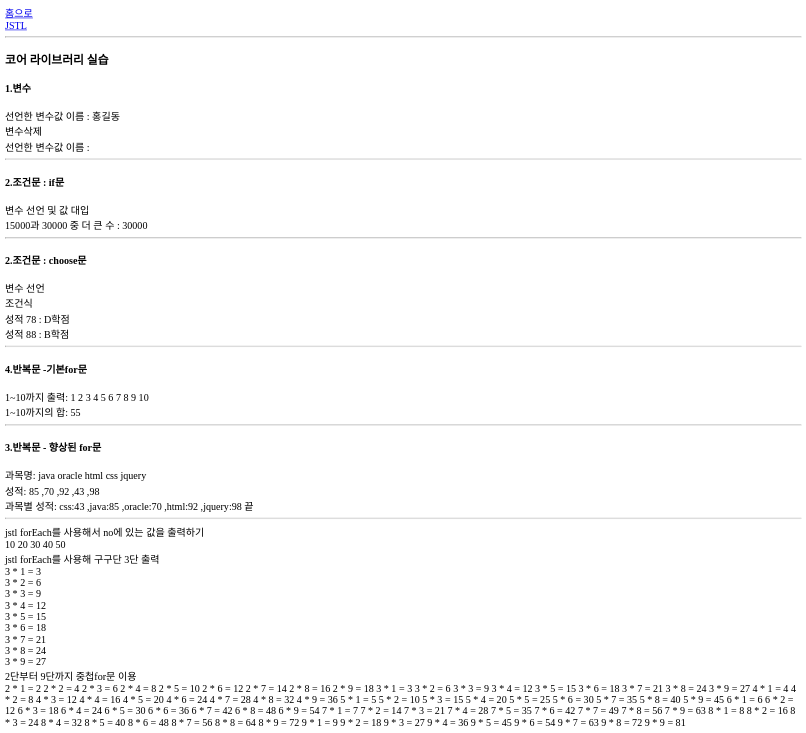
Repository: hyewoon/web
Page: http://localhost/servlet04/jstl/core.jsp
These files come from the project's save history. The page is drawn as it stood at one moment and after the next save; the edit follows.
The browser window is 1280 px wide. The pictures show the whole page, at 63% of full size.
The page is served by Tomcat 9. Other server files are loaded and not shown.

Above is the page before, as saved 2022-11-18 06:09:28.

### servlet04/src/main/webapp/jstl/core.jsp
<%@page import="org.apache.taglibs.standard.lang.jstl.DivideOperator"%>
<%@ page language="java" contentType="text/html; charset=UTF-8"
    pageEncoding="UTF-8" import="java.util.*"%>
<%@ taglib uri ="http://java.sun.com/jsp/jstl/core" prefix="c" %>

<!DOCTYPE html>
<html>
<head>
<meta charset="UTF-8">
<title>Insert title here</title>
</head>
<body>
<div> <a href ='../'>홈으로</a> </div>
<div> <a href ='index.jsp'>JSTL</a> </div>
<hr>
<h3>코어 라이브러리 실습</h3>
<h4>1.변수</h4>
<c:set var='name' value ="홍길동"/>
<div>선언한 변수값 이름 : ${name}</div>
<!--pageContext.setAttribute 한 상태 :변수선언 스코프: 해당페이지-->
<div>변수삭제</div>
<c:remove var='name'/>
<div>선언한 변수값 이름 : ${name}</div>
<!--removeAttribute 한 상태  -->
<hr>

<h4>2.조건문 : if문</h4>
<div>변수 선언 및 값 대입</div>
<c:set var='no1' value = '15000'/>
<c:set var='no2' value = '30000'/>
<div>
${no1}과 ${no2} 중 더 큰 수 :
<c:if test = '${(no1-0) gt no2}'>${no1}
</c:if>
<c:if test= '${no1-no2 lt 0}'>${no2}
</c:if>
</div>
<hr>
<h4>2.조건문 : choose문</h4>
<div>변수 선언</div>
<c:set var ='score' value='78'/>
<div>조건식</div>
<c:choose>
<c:when test='${score >= 90 }'><c:set var ='grade' value ='A'/></c:when>
<c:when test='${score >= 90 }'><c:set var ='grade' value ='B'/></c:when>
<c:when test='${score >= 90 }'><c:set var ='grade' value ='C'/></c:when>
<c:when test='${score >= 90 }'><c:set var ='grade' value ='D'/></c:when>
<c:otherwise><c:set var ='grade' value ='D'/></c:otherwise>
</c:choose>
<div>성적 ${score} : ${grade}학점</div>

 <%
int score = 88;
String grade = "";


if( score>= 90)  grade ="A";
if( score>= 80)  grade ="B";
if( score>= 70)  grade ="C";
if( score>= 60)  grade ="D";
if( score<60)	 grade = "F";



if(score>= 90) grade= "A";
else if(score >= 80) grade ="B";
else if(score >= 70) grade ="C";
else if(score >= 60) grade ="D";
else if(score < 60) grade ="F";

out.print( "성적 "+score+ " : " + grade +"학점" );
%>

<hr>
<h4>4.반복문 -기본for문</h4>
<div>1~10까지 출력:
	<c:forEach var='no' begin='1' end='10' step='1'>
	${no}
	<c:set var='sum' value='${no+sum}'/>
	</c:forEach>
</div>
<div>1~10까지의 합: ${sum}</div>
<hr>
<h4>3.반복문 - 향상된 for문</h4>
<%
String subjects[]= {"java", "oracle", "html", "css", "jquery"};
request.setAttribute("subjects",subjects);
%>

<div>과목명:
	<c:forEach items= "${subjects}" var='subject'>
	${subject}
	</c:forEach>
</div>

<%
ArrayList<Integer> list= new ArrayList<Integer>();
list.add(85);
list.add(70);
list.add(92);
list.add(43);
list.add(98);
request.setAttribute("score_list", list);
%>
<div>성적:
	<c:forEach items= '${score_list}' var='score' varStatus='state'>
	${state.index eq 0 ? '': ',' }${score}
</c:forEach>
</div>

<%
HashMap<String, Integer> map = new HashMap<String, Integer>();
map.put("java",85);
map.put("oracle",70);
map.put("html",92);
map.put("css",43);
map.put("jquery",98);
request.setAttribute("score_map", map);
%>
<div>과목별 성적:
	<c:forEach items ='${score_map}' var='score' varStatus='state'>
	${state.first ?'' : ',' }${score.key}:${score.value}
	${state.last ? '끝': '' }
	</c:forEach>

</div>

<%
int no[] = {10,20,30, 40, 50};
request.setAttribute("no", no);
%>

<hr>
<div>jstl forEach를 사용해서 no에 있는 값을 출력하기</div>
<c:forEach items ="${no}" var ="no" varStatus = 'state'>
${no}
</c:forEach>

<div>jstl  forEach를 사용해 구구단 3단 출력</div>

<c:forEach  var = "num1" begin= '1' end = '9' step= '1'>

3 * ${num1} = ${3 * num1} <br>
</c:forEach>

<div>2단부터 9단까지 중첩for문 이용</div>

<!--  -->
<c:forEach  var = "num2" begin= '2' end = '9' step= '1'>
	<c:forEach var = "num3" begin ='1' end ='9' step ='1'>
	${num2} * ${num3} = ${num2 * num3}
	</c:forEach>
</c:forEach>


</body>
</html>

After the next save:
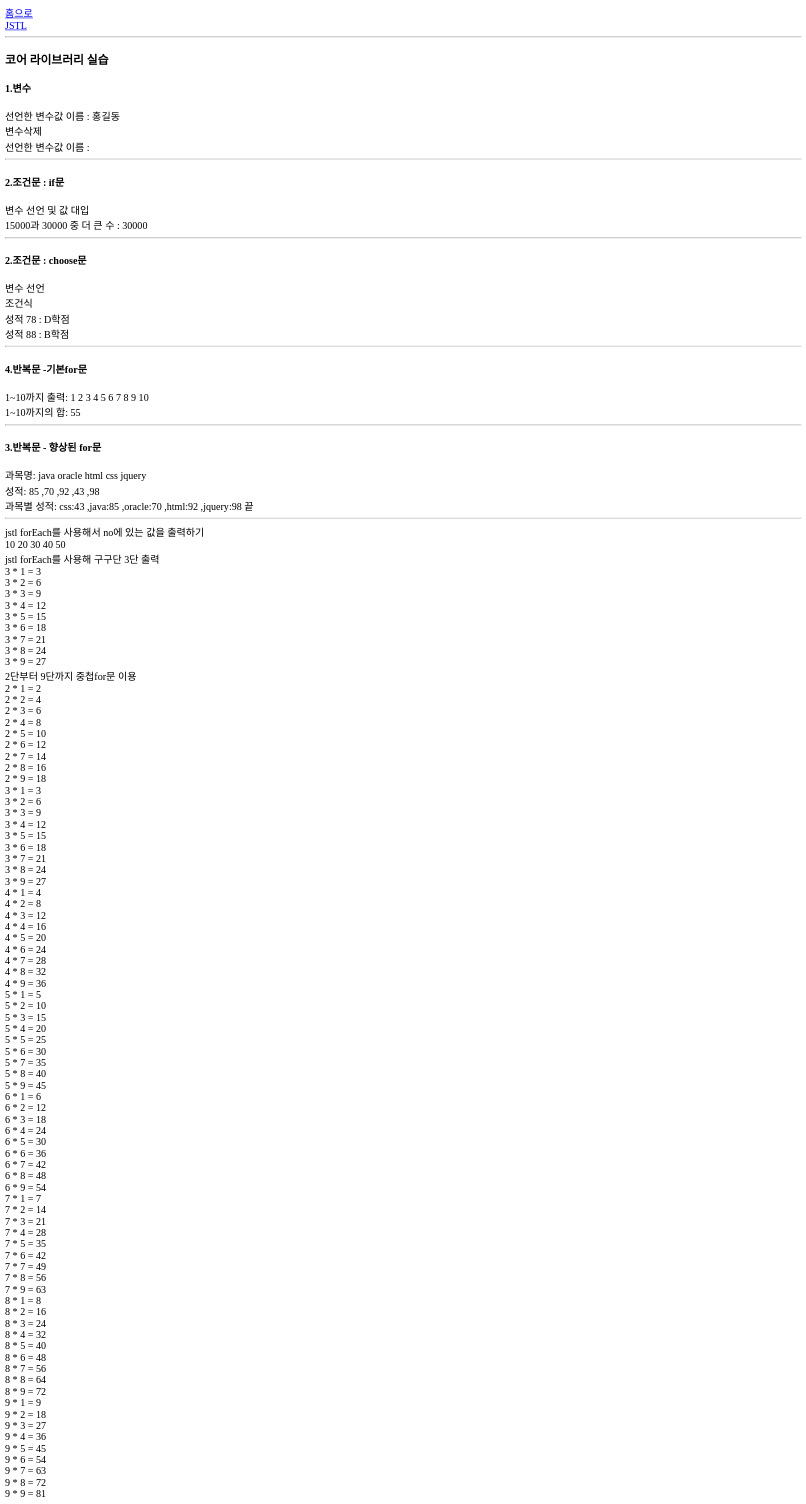
Saved 29 s later.
--- a/servlet04/src/main/webapp/jstl/core.jsp
+++ b/servlet04/src/main/webapp/jstl/core.jsp
@@ -148,7 +148,7 @@ ${no}
 <!--  -->
 <c:forEach  var = "num2" begin= '2' end = '9' step= '1'>
 	<c:forEach var = "num3" begin ='1' end ='9' step ='1'>
-	${num2} * ${num3} = ${num2 * num3}
+${num2} * ${num3} = ${num2 * num3} <br>
 	</c:forEach>
 </c:forEach>
 
